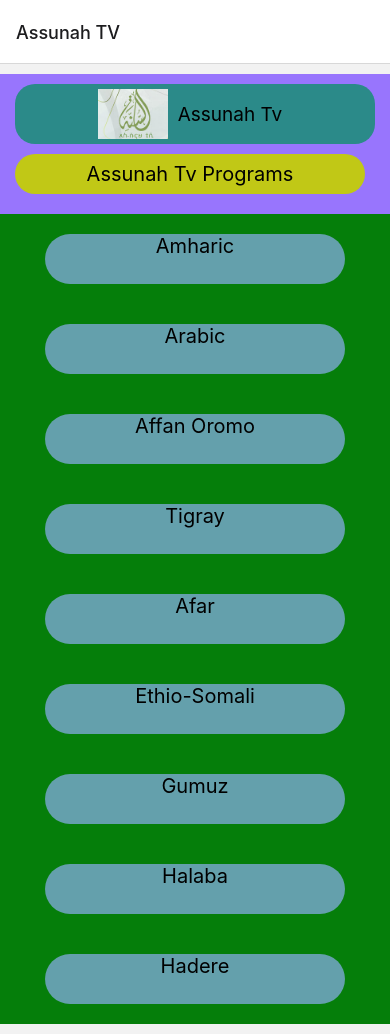
Repository: abdurehmanali611/Assunah_TV
Screen: /Assunah
The author's editor kept a copy of each file at every save. The screen is drawn from the files as they stood at one save, then again after a run of saves.
The app was drawn by React Native's web renderer in a window 390 px wide. The project was rebuilt for these pictures with package versions that can differ from the ones it lists, and the page was loaded fresh each time. Also part of the build but not shown: Constants/Home.js, Constants/AboutUs.js, Constants/Contacts.js, Constants/AssunahKids.js, Constants/AdditionalExtra.js, Constants/Qiratcenter.js, Programs/AmharicPrograms.js, Programs/ArabicPrograms.js and 29 more.

Above is the screen before, as saved 2024-01-08 23:56:07.

### App.js
import { createStackNavigator } from "@react-navigation/stack";
import { NavigationContainer } from "@react-navigation/native";

import Home from "./Constants/Home";
import AboutUs from "./Constants/AboutUs";
import Contacts from "./Constants/Contacts";
import AssunahFolder from "./Constants/AssunahFolder";
import AssunahKids from "./Constants/AssunahKids";
import AdditionalExtra from "./Constants/AdditionalExtra";
import Qiratcenter from "./Constants/Qiratcenter";
import AmharicPrograms from './Programs/AmharicPrograms'
import ArabicPrograms from './Programs/ArabicPrograms'
import AffanOromo from './Programs/AffanOromo'
import Afar from './Programs/Afar'
import Ethio_Somali from './Programs/Ethio_Somali'
import Gumuz from './Programs/Gumuz'
import Hadere from './Programs/Hadere'
import Halaba from './Programs/Halaba'
import Tigrigna from './Programs/Tigrigna'
import LoginQirat from "./Assunah_Qirat_Center/LoginQirat";
import LoginQirat2 from "./Assunah_Qirat_Center/LoginQirat2";
import Logged from "./Assunah_Qirat_Center/Logged";
import Afarlink from "./Program_Links/Afarlink";
import AffanOromolink from "./Program_Links/AffanOromolink";
import Amhariclink from "./Program_Links/Amhariclink";
import Arabiclink from "./Program_Links/Arabiclink";
import EthioSomalilink from "./Program_Links/EthioSomalilink";
import Gumuzlink from "./Program_Links/Gumuzlink";
import Haderelink from "./Program_Links/Haderelink";
import Halabalink from "./Program_Links/Halabalink";
import Tigraylink from "./Program_Links/Tigraylink";
import Support from "./Additional/Support";
import Help from "./Additional/Help";
import Rate from "./Additional/Rate";
import Amhariclink_2 from "./Program_Links/Amhariclink_2";
import Amhariclink_3 from "./Program_Links/Amhariclink_3";
import Amhariclink_4 from "./Program_Links/Amhariclink_4";
import Amhariclink_5 from "./Program_Links/Amhariclink_5";
import AffanOromolink_2 from "./Program_Links/AffanOromolink_2";
import Siltgnalink from "./Program_Links/Siltgnalink";
import Siltgna from "./Programs/Siltgna";

const stack = createStackNavigator();

const App = () => {

  return (
    <NavigationContainer>
      <stack.Navigator initialRouteName="Assunah" >
         <stack.Screen name="Home" component={Home} options={{title: 'Assunah TV'}}/>
         <stack.Screen name="Qirat" component={Qiratcenter} options={{title: 'Assunah TV'}}/>
         <stack.Screen name="About" component={AboutUs} options={{title: 'Assunah TV'}}/>
         <stack.Screen name="Contact" component={Contacts} options={{title: 'Assunah TV'}}/>
         <stack.Screen name="Assunah" component={AssunahFolder} options={{title: 'Assunah TV'}}/>
         <stack.Screen name="Kids" component={AssunahKids} options={{title: 'Assunah TV'}}/>
         <stack.Screen name="Extra" component={AdditionalExtra} options={{title: 'Assunah TV'}}/>
         <stack.Screen name="Amharic" component={AmharicPrograms} options={{title: 'Assunah TV'}}/>
         <stack.Screen name="Arabic" component={ArabicPrograms} options={{title: 'Assunah TV'}}/>
         <stack.Screen name="Oromo" component={AffanOromo} options={{title: 'Assunah TV'}}/>
         <stack.Screen name="Afar" component={Afar} options={{title: 'Assunah TV'}}/>
         <stack.Screen name="Somali" component={Ethio_Somali} options={{title: 'Assunah TV'}}/>
         <stack.Screen name="Gumuz" component={Gumuz} options={{title: 'Assunah TV'}}/>
         <stack.Screen name="siltgna" component={Siltgna} options={{title: 'Assunah TV'}}/>
         <stack.Screen name="Halaba" component={Halaba} options={{title: 'Assunah TV'}}/>
         <stack.Screen name="Tigray" component={Tigrigna} options={{title: 'Assunah TV'}}/>
         <stack.Screen name="hadere" component={Hadere} options={{title: 'Assunah TV'}}/>
         <stack.Screen name="Login" component={LoginQirat} options={{title: 'Assunah TV'}}/>
         <stack.Screen name="Login2" component={LoginQirat2} options={{title: 'Assunah TV'}}/>
         <stack.Screen name="Logged" component={Logged} options={{title: 'Assunah TV'}}/>
         <stack.Screen name="Afarlink" component={Afarlink} options={{title: 'Assunah TV'}}/>
         <stack.Screen name="Oromolink" component={AffanOromolink} options={{title: 'Assunah TV'}}/>
         <stack.Screen name="Oromolink2" component={AffanOromolink_2} options={{title: 'Assunah TV'}}/>
         <stack.Screen name="Amhariclink" component={Amhariclink} options={{title: 'Assunah TV'}}/>
         <stack.Screen name="Amhariclink2" component={Amhariclink_2} options={{title: 'Assunah TV'}}/>
         <stack.Screen name="Amhariclink3" component={Amhariclink_3} options={{title: 'Assunah TV'}}/>
         <stack.Screen name="Amhariclink4" component={Amhariclink_4} options={{title: 'Assunah TV'}}/>
         <stack.Screen name="Amhariclink5" component={Amhariclink_5} options={{title: 'Assunah TV'}}/>
         <stack.Screen name="Arabiclink" component={Arabiclink} options={{title: 'Assunah TV'}}/>
         <stack.Screen name="EthioSomalilink" component={EthioSomalilink} options={{title: 'Assunah TV'}}/>
         <stack.Screen name="Gumuzlink" component={Gumuzlink} options={{title: 'Assunah TV'}}/>
         <stack.Screen name="siltgnalink" component={Siltgnalink} options={{title: 'Assunah TV'}}/>
         <stack.Screen name="Halabalink" component={Halabalink} options={{title: 'Assunah TV'}}/>
         <stack.Screen name="Haderelink" component={Haderelink} options={{title: 'Assunah TV'}}/>
         <stack.Screen name="Tigraylink" component={Tigraylink} options={{title: 'Assunah TV'}}/>
         <stack.Screen name="support" component={Support} options={{title: 'Assunah TV'}}/>
         <stack.Screen name="help" component={Help} options={{title: 'Assunah TV'}}/>
         <stack.Screen name="rate" component={Rate} options={{title: 'Assunah TV'}}/>
      </stack.Navigator>
    </NavigationContainer>

  )
};

export default App;

### Constants/AssunahFolder.js
import { StyleSheet, Text, View, Image } from 'react-native'
import React from 'react'
import { Link } from '@react-navigation/native';
import { ScrollView } from 'react-native';

const AssunahFolder = () => {
  return (
    <ScrollView style = {{marginVertical: 10}}>
    <View style = {{backgroundColor: randomRGB()}}>
     <View style = {styles.title}>
     <Image
     source={require('../assets/assunah.jpg')}
     style = {{width: 70, height: 50}}
     />
     <Text style = {{fontSize: 19, marginHorizontal: 10}}>Assunah Tv</Text>
     </View>
     <Text
     style = {{fontSize: 20, textAlign: 'center', paddingVertical: 8, backgroundColor: randomRGB(), width: 350, marginHorizontal: 15, borderRadius: 20}}
     >
      Assunah Tv Programs
    </Text>
     <ScrollView>
      <View style = {styles.linkcollection}>
      <Link to = '/Amharic'
      style = {styles.links}
      >
      <Text>Amharic</Text>
      </Link>
      <Link to = '/Arabic'
      style = {styles.links}
      >
      <Text>Arabic</Text>
      </Link>
      <Link to = '/Oromo'
      style = {styles.links}
      >
      <Text>Affan Oromo</Text>
      </Link>
      <Link to = '/Tigray'
      style = {styles.links}
      >
      <Text>Tigray</Text>
      </Link>
      <Link to = '/Afar'
      style = {styles.links}
      >
      <Text>Afar</Text>
      </Link>
      <Link to = '/Somali'
      style = {styles.links}
      >
      <Text>Ethio-Somali</Text>
      </Link>
      <Link to = '/Gumuz'
      style = {styles.links}
      >
      <Text>Gumuz</Text>
      </Link>
      <Link to = '/Halaba'
      style = {styles.links}
      >
      <Text>Halaba</Text>
      </Link>
      <Link to = '/hadere'
      style = {styles.links}
      >
      <Text>Hadere</Text>
      </Link>
      </View>
      </ScrollView>
    </View>
  </ScrollView>
  )
}

const randomRGB = () => {

  const red  = Math.floor(Math.random() * 256)
  const green  = Math.floor(Math.random() * 256)
  const blue  = Math.floor(Math.random() * 256)

  return `rgb(${red},${green},${blue})`
}

const styles = StyleSheet.create ({
    title: {
      marginVertical: 10,
      backgroundColor: randomRGB(),
      height: 60,
      display: 'flex',
      flexDirection: 'row',
      width: 360,
      marginHorizontal: 15,
      borderRadius: 20,
      justifyContent: 'center',
      alignItems: 'center'
    },
    linkcollection: {
      marginTop: 20,
      backgroundColor: randomRGB(),

    },
    links: {
      marginHorizontal: 20,
      backgroundColor: randomRGB(),
      marginVertical: 20,
      textAlign: 'center',
      width: 300,
      height: 50,
      textAlignVertical: 'center',
      fontSize: 20,
      alignSelf: 'center',
      borderRadius: 30
    }
});

export default AssunahFolder;

After the next 2 saves:
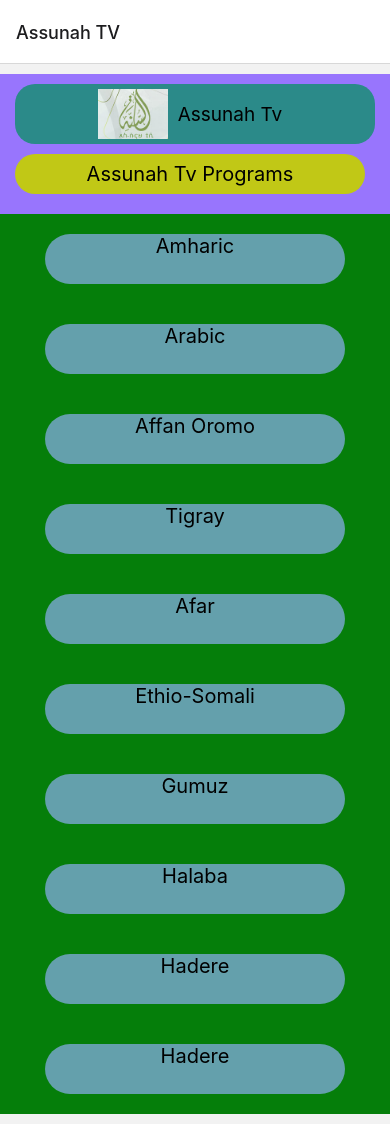
The 2 saves are shown as one change because they came seconds apart.
The last was saved 30 s later.
--- a/Constants/AssunahFolder.js
+++ b/Constants/AssunahFolder.js
@@ -66,6 +66,11 @@
       >
       <Text>Hadere</Text>
       </Link>
+      <Link to = '/hadere'
+      style = {styles.links}
+      >
+      <Text>Hadere</Text>
+      </Link>
       </View>
       </ScrollView>
     </View>
